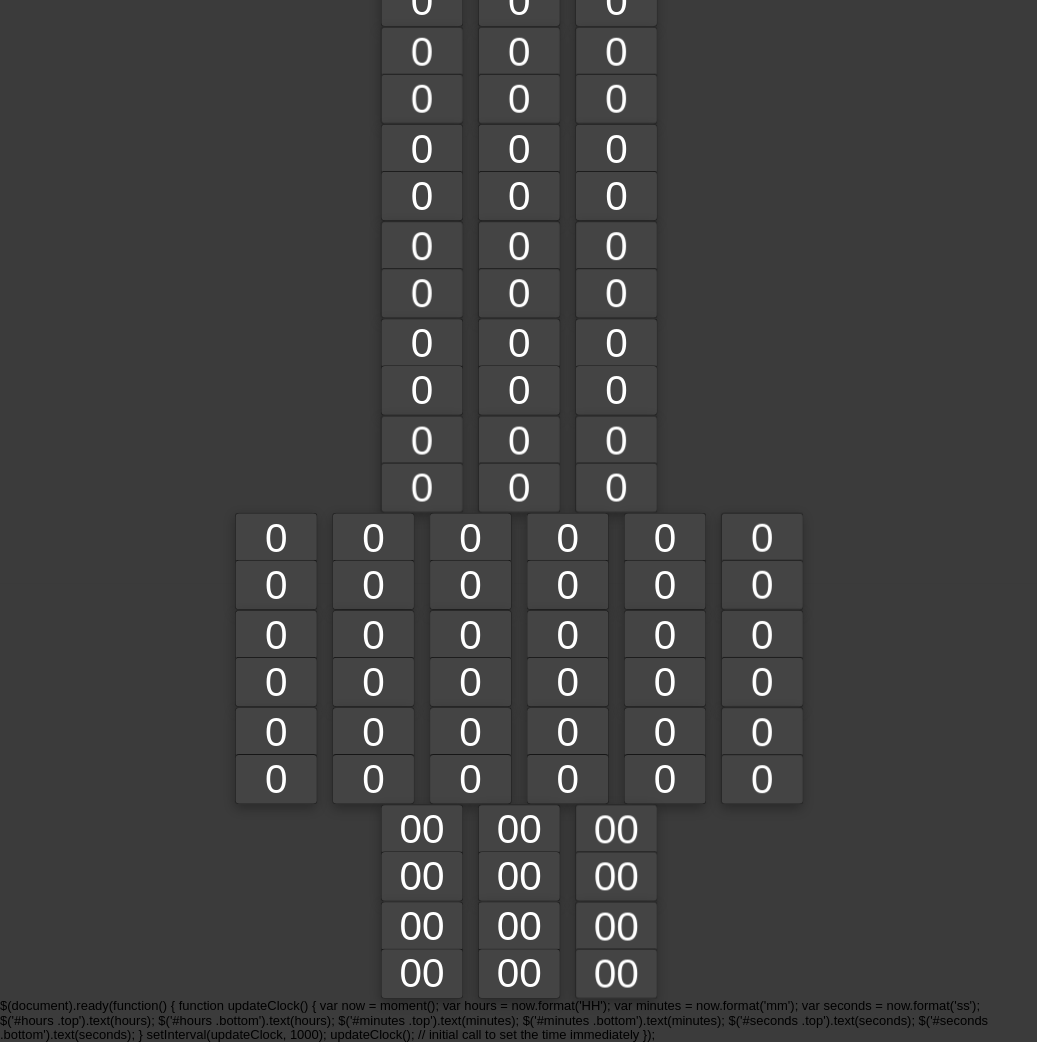
Repository: ThibautCptr/flip_clock
Page: index.html
The author's editor kept a copy of each file at every save. The page is drawn from the files as they stood at one save, then again after the next save.
The browser window is 1280 px wide. The pictures show the whole page, at 81% of full size.
Some web libraries are served in a nearby version.

Above is the page before, as saved 2024-09-18 19:04:40.
Console error: TypeError: $(...).FlipClock is not a function

After the next save:
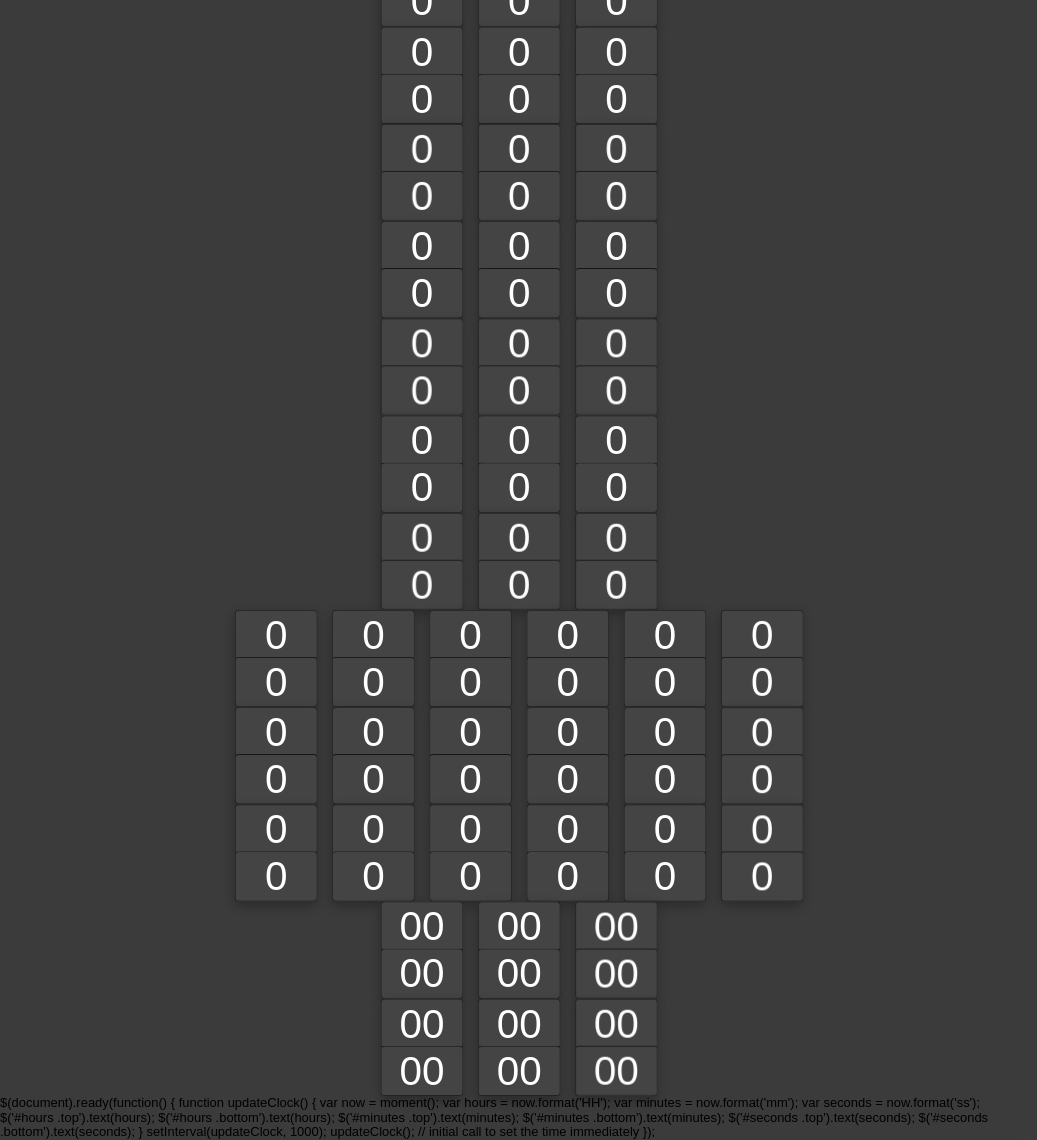
Saved 10 s later.
--- a/index.html
+++ b/index.html
@@ -1,3 +1,82 @@
+<!DOCTYPE html>
+<html lang="en">
+<head>
+    <meta charset="UTF-8">
+    <meta name="viewport" content="width=device-width, initial-scale=1.0">
+    <title>Flip Clock</title>
+    <link rel="stylesheet" href="./css/style.css">
+    <script src="https://code.jquery.com/jquery-3.5.1.min.js"></script>
+    <script src="./js/moment.js"></script>
+    <script src="./js/moment_tz.js"></script>
+    <script src="./js/script.js"></script>
+</head>
+<body>
+    <div class="clock">
+        <div class="time-unit" id="hours">
+            <div id="hours-tens" class="flip-unit">
+                <div class="flip-card">
+                    <div class="flip-card-inner">
+                        <div class="top">
+                            <div class="shadow"></div>
+                            <div class="inn">0</div>
+                        </div>
+                        <div class="bottom">
+                            <div class="shadow"></div>
+                            <div class="inn">0</div>
+                        </div>
+                    </div>
+                </div>
+            </div>
+            <div id="hours-units" class="flip-unit">
+                <div class="flip-card">
+                    <div class="flip-card-inner">
+                        <div class="top">
+                            <div class="shadow"></div>
+                            <div class="inn">0</div>
+                        </div>
+                    </div>
+                </div>
+            </div>
+        </div>
+        <div class="time-unit" id="minutes">
+            <div id="minutes-tens" class="flip-unit">
+                <div class="flip-card">
+                    <div class="flip-card-inner">
+                        <div class="top">0</div>
+                        <div class="bottom">0</div>
+                    </div>
+                </div>
+            </div>
+            <div id="minutes-units" class="flip-unit">
+                <div class="flip-card">
+                    <div class="flip-card-inner">
+                        <div class="top">0</div>
+                        <div class="bottom">0</div>
+                    </div>
+                </div>
+            </div>
+        </div>
+        <div class="time-unit" id="seconds">
+            <div id="seconds-tens" class="flip-unit">
+                <div class="flip-card">
+                    <div class="flip-card-inner">
+                        <div class="top">0</div>
+                        <div class="bottom">0</div>
+                    </div>
+                </div>
+            </div>
+            <div id="seconds-units" class="flip-unit">
+                <div class="flip-card">
+                    <div class="flip-card-inner">
+                        <div class="top">0</div>
+                        <div class="bottom">0</div>
+                    </div>
+                </div>
+            </div>
+        </div>
+    </div>
+</body>
+</html>
 <!DOCTYPE html>
 <html lang="en">
 <head>
